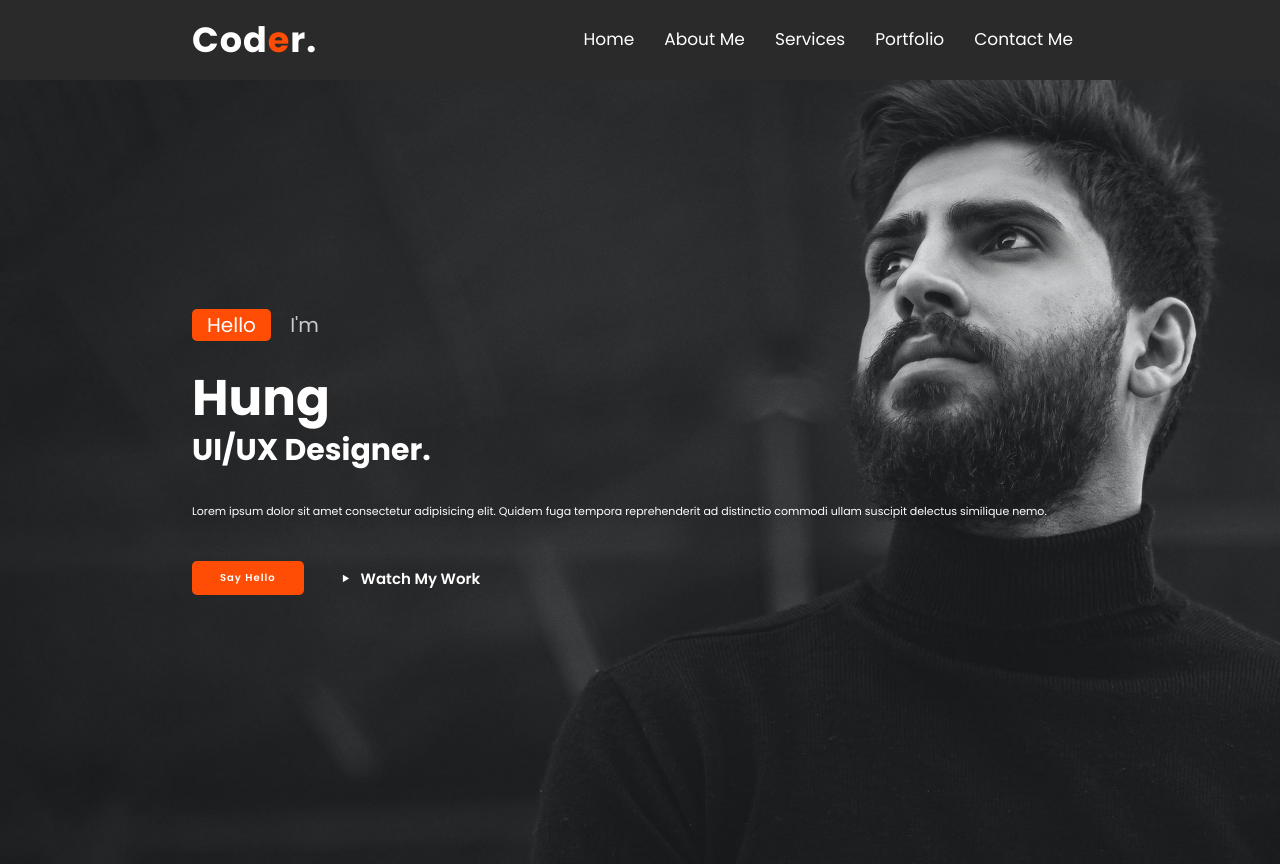
Repository: HungNg99/Protifolio2
Page: Portfolio/index.html
These files come from the project's save history. The page is drawn as it stood at one moment and after the next save; the edit follows.
The browser window is 1280 px wide. The pictures show the whole page.

Above is the page before, as saved 2022-12-09 10:13:07.

### Portfolio/index.html
<!DOCTYPE html>
<html lang="en">

<head>
    <meta charset="UTF-8">
    <meta http-equiv="X-UA-Compatible" content="IE=edge">
    <meta name="viewport" content="width=device-width, initial-scale=1.0">
    <title>Portfolio</title>
    <link rel="stylesheet" href="./reset.css">
    <link rel="stylesheet" href="./style.css">
    <link rel="stylesheet" href="https://cdnjs.cloudflare.com/ajax/libs/font-awesome/6.2.1/css/all.min.css"
        integrity="sha512-MV7K8+y+gLIBoVD59lQIYicR65iaqukzvf/nwasF0nqhPay5w/9lJmVM2hMDcnK1OnMGCdVK+iQrJ7lzPJQd1w=="
        crossorigin="anonymous" referrerpolicy="no-referrer" />

        <link rel="stylesheet"
        href="https://unpkg.com/boxicons@latest/css/boxicons.min.css">

    <link
        href="https://fonts.googleapis.com/css2?family=Montserrat:wght@800&family=Poppins:ital,wght@0,300;0,400;0,600;0,700;1,600&family=Roboto:wght@300;500&display=swap"
        rel="stylesheet">
</head>

<body>
    <!-- header design-->
    <header>
        <a href="#" class="logo">Cod<span>e</span>r.</a>
        <ul class="nav-list">
            <li><a href="#home" class="nav-link">
                    Home
                </a></li>
            <li><a href="#about" class="nav-link">
                    About Me
                </a></li>
            <li><a href="#services" class="nav-link">
                    Services
                </a></li>
            <li><a href="#portfolio" class="nav-link">
                    Portfolio
                </a></li>
            <li><a href="#contact" class="nav-link">
                    Contact Me
                </a></li>
        </ul>

        <div class="bx bx-menu" id="menu-icon">
        </div>
    </header>

    <!-- home section design -->
    <section class="home" id="home">
       <div class="home-text">
        <div class="slide">
            <span class="one">Hello</span>
            <span class="two">I'm</span>
        </div>
        <h1>Hung</h1>
        <h3>UI/UX <span>Designer.</span> </h3>
        <p>Lorem ipsum dolor sit amet consectetur adipisicing elit. Quidem fuga tempora reprehenderit ad distinctio commodi ullam suscipit delectus similique nemo.</p>
        <div class="button">
            <a href="#" class="btn">Say Hello</a>
            <a href="#" class="btn2"><span><i class='bx bx-play'></i>Watch My Work</span></a>
        </div>
       </div>
    </section>
    <script src="./scripts.js"></script>
</body>

</html>

### Portfolio/reset.css
html {
    box-sizing: border-box;
  }
  * {
    margin: 0;
    padding: 0;
  }
  *,
  *:before,
  *:after {
    box-sizing: border-box;
  }
  input,
  textarea,
  select,
  button {
    outline: none;
  }
  input {
    line-height: normal;
  }
  label,
  button {
    cursor: pointer;
  }
  a {
    text-decoration: none;
  }
  img {
    display: block;
    max-width: 100%;
  }
  *,
  *:before,
  *:after {
    box-sizing: border-box;
  }
  /* using rem unit */
  html {
    font-size: 62.5%;
  }
  a {
    text-decoration: none;
  }
  img {
    display: block;
    max-width: 100%;
  }
  body {
    font-family: "Poppins", sans-serif;
    font-size: 16px;
    line-height: 1;
    list-style: none;
    scroll-behavior: smooth;
    /* height: 200vh; */
  }

### Portfolio/style.css
:root {
    --bg-color: #2a2a2a;
    --second-bg-color: #202020;
    --text-color: #fff;
    --second-color: #ccc;
    --main-color: #ff4d05;
    --big-font: 5rem;
    --h2-font: 3rem;
    --p-font: 1.1rem;
}

header {
    position: fixed;
    width: 100%;
    top: 0;
    right: 0;
    z-index: 1000;
    align-items: center;
    justify-content: space-between;
    background: var(--bg-color);
    padding: 22px 15%;
    border-bottom: 1px solid transparent;
    transition: all 0.45s ease;
    display: flex;
    justify-content: space-between;
    align-items: center;
}

.logo {
    color: var(--text-color);
    font-size: 35px;
    font-weight: 700;
    letter-spacing: 1px;
}

.logo span {
    color: var(--main-color);
}

.nav-list {
    display: flex;
    list-style: none;
}

.nav-list .nav-link {
    color: var(--text-color);
    margin: 0 15px;
    font-size: 17px;
    font-weight: 500;
    transition: all 0.45s ease;
}

.nav-list .nav-link:hover {
    color: var(--main-color);
}

.nav-list .nav-link.active {
    color: var(--main-color);
}

#menu-icon {
    color: var(--text-color);
    font-size: 35px;
    z-index: 10001;
    cursor: pointer;
    margin-left: 25px;
    display: none;

}

section {
    padding: 160px 15% 120px;
}

.home {
    position: relative;
    background-image: url(./img/background.jpg);
    background-repeat: no-repeat;
    background-position: center;
    background-size: cover;
    height: 120vh;
    width: 100%;
    display: flex;
    align-items: center;
    justify-content: flex-start;
}

.slide {
    margin-bottom: 30px;
}

.one {
    display: inline-block;
    margin-right: 15px;
    height: 32px;
    padding: 0 15px;
    line-height: 32px;
    font-size: 20px;
    font-weight: 500;
    border-radius: 5px;
    background-color: var(--main-color);
    color: var(--text-color);
}

.two {
    display: inline-block;
    color: var(--second-color);
    font-size: 20px;
    font-weight: 500;
}
.home-text h1 {
    font-size: var(--big-font);
    font-weight: 700;
    color: var(--text-color);
    line-height:1.1;
    margin: 0 0 8px;
}
.home-text h3{
    color: var(--text-color);
    margin: 0 0 35px;
    font-size: 3rem;
    font-weight: 700;
    line-height:1.1;
}
.home-text p{
    color: var(--text-color);
    font-size: var(--p-font);
    line-height:1.8;
    margin-bottom: 40px;
}
.button{
    display:flex;
    align-items: center;
    justify-content: flex-start;
}
.btn{
    display: inline-block;
    padding: 12px 28px;
    background: var(--main-color);
    border-radius: 5px;
    color: var(--text-color);
    font-size:1rem;
    letter-spacing: 1px;
    font-weight: 600;
    transition: all 0.45s ease;
}
.btn:hover{
    transform: scale(1.1);
}
.btn2{
    display: inline-flex;
    align-items: center;
    justify-content: center;
    font-size: 15px;
    font-weight:600;
    color: var(--text-color);
    margin-left: 35px;
}
.btn2 span{
    display: inline-flex;
    align-items: center;
    justify-content: center;
}
.btn2 span i{
    margin-right: 7px;
}

Loaded but not shown: Portfolio/scripts.js (no copy from this time; the picture is the same without it)

After the next save:
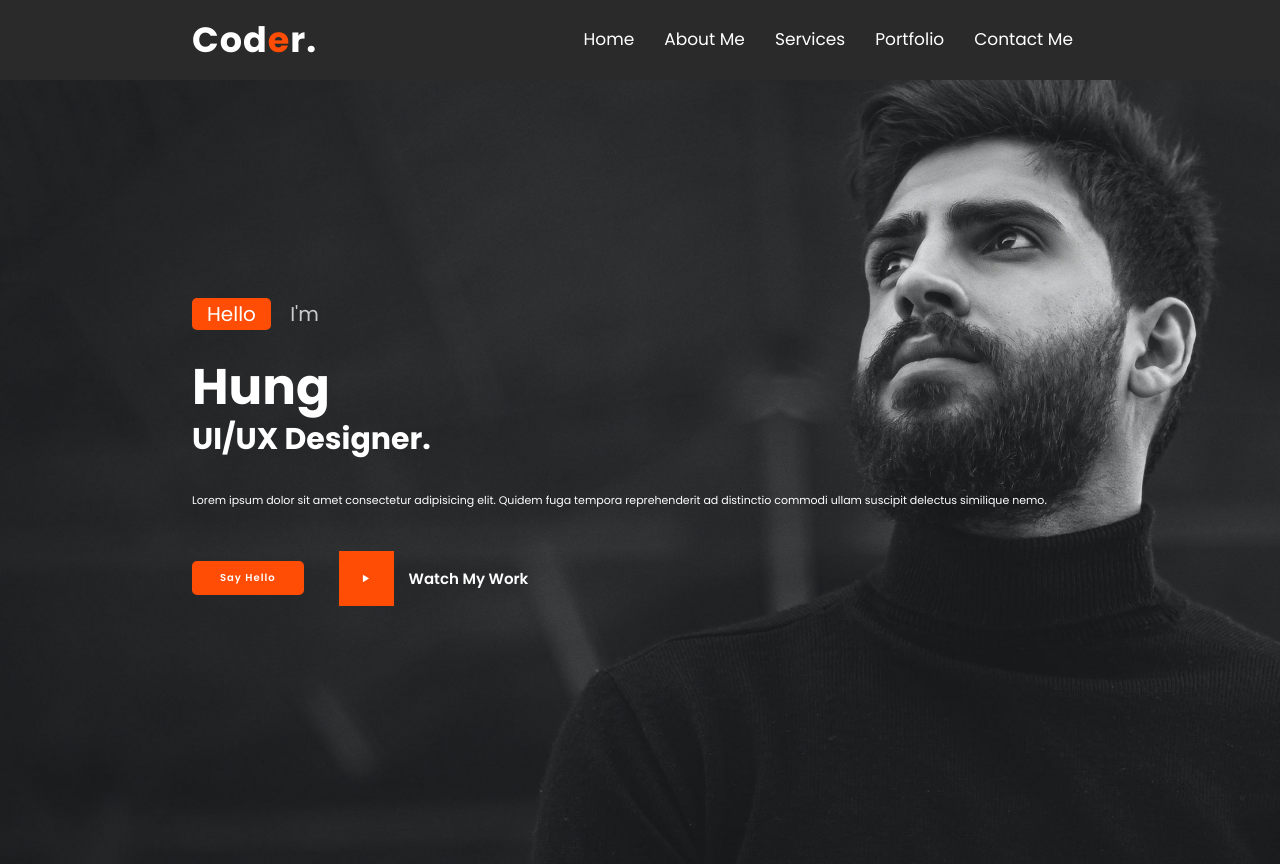
Saved 2 min 3 s later.
--- a/Portfolio/style.css
+++ b/Portfolio/style.css
@@ -162,5 +162,14 @@ section {
     justify-content: center;
 }
 .btn2 span i{
-    margin-right: 7px;
+    margin-right: 15px;
+    height: 55px;
+    width: 55px;
+    border: radius 50%;
+    display: flex;
+    align-items: center;
+    justify-content: center;
+    transition: all 0.45s ease;
+    background-color: var(--main-color);
+    color: var(--text-color);
 }
